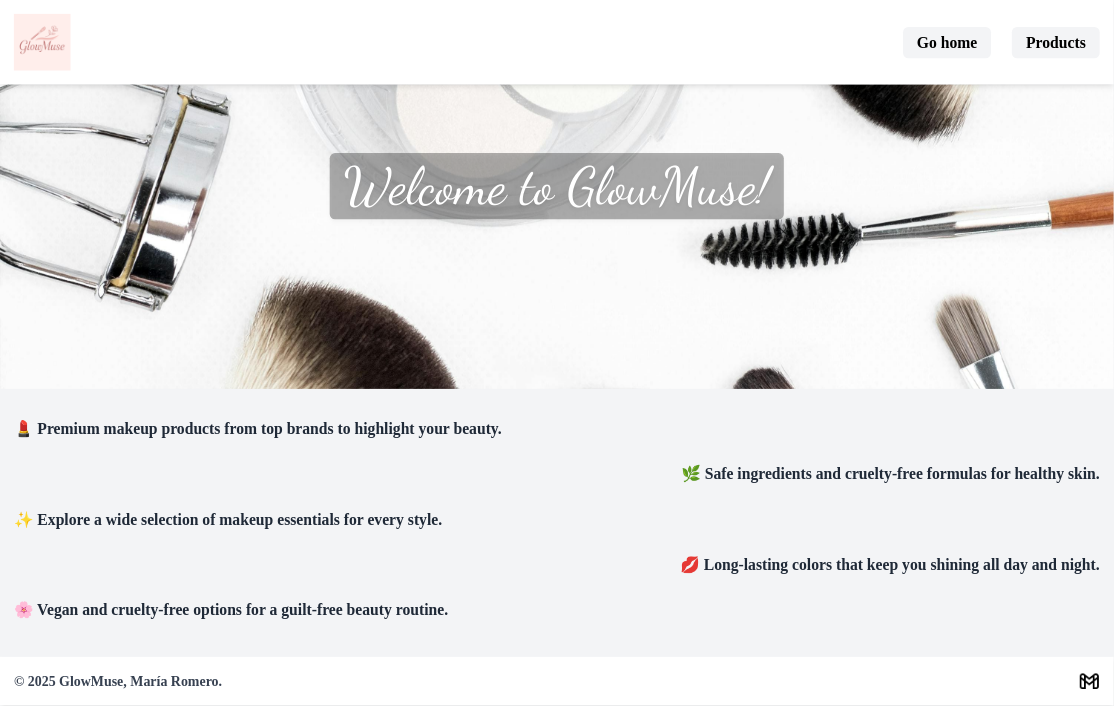
Repository: Maria2996/GlowMuse
Page: index.html
These files come from the project's save history. The page is drawn as it stood at one moment and after the next save; the edit follows.
The browser window is 1280 px wide. The pictures show the whole page, at 87% of full size.
Some web fonts or font styles are not loaded; a fallback is used. Some web libraries are served in a nearby version.

Above is the page before, as saved 2025-05-27 15:34:43.

### index.html
<!DOCTYPE html>
<html lang="en" class="h-full">
<head>
  <meta charset="UTF-8" />
  <meta name="viewport" content="width=device-width, initial-scale=1.0"/>
  <title>GlowMuse</title>
  <link href="https://fonts.googleapis.com/css2?family=Barlow+Condensed:ital,wght@0,100;0,200;0,300;0,400;0,500;0,600;0,700;0,800;0,900;1,100;1,200;1,300;1,400;1,500;1,600;1,700;1,800;1,900&family=Comic+Neue:ital,wght@0,300;0,400;0,700;1,300;1,400;1,700&family=Kapakana:wght@300..400&family=Noto+Sans+KR:wght@100..900&family=Nunito+Sans:ital,opsz,wght@0,6..12,200..1000;1,6..12,200..1000&family=Nunito:ital,wght@0,200..1000;1,200..1000&family=Open+Sans:ital,wght@0,300..800;1,300..800&family=Quicksand:wght@300..700&family=Roboto:ital,wght@0,100..900;1,100..900&display=swap" rel="stylesheet">
  <link href="https://fonts.googleapis.com/css2?family=Barlow+Condensed:ital,wght@0,100;0,200;0,300;0,400;0,500;0,600;0,700;0,800;0,900;1,100;1,200;1,300;1,400;1,500;1,600;1,700;1,800;1,900&family=Comic+Neue:ital,wght@0,300;0,400;0,700;1,300;1,400;1,700&family=Dancing+Script:wght@400..700&family=Kapakana:wght@300..400&family=Noto+Sans+KR:wght@100..900&family=Nunito+Sans:ital,opsz,wght@0,6..12,200..1000;1,6..12,200..1000&family=Nunito:ital,wght@0,200..1000;1,200..1000&family=Open+Sans:ital,wght@0,300..800;1,300..800&family=Quicksand:wght@300..700&family=Roboto:ital,wght@0,100..900;1,100..900&display=swap" rel="stylesheet">
  <script src="https://cdn.tailwindcss.com"></script>
  <script>
    tailwind.config = {
      theme: {
        extend: {
          fontFamily: {
            comic: ['"Comic Neue"', 'cursive'],
          }
        }
      }
    }
  </script>
  <link rel="stylesheet" href="./stylesheet/style.css" />
</head>

<!--Body-->
<body class="font-comic bg-gray-100 flex flex-col min-h-screen">

<!---Header--->
  <header>
<nav class="bg-white shadow-md p-4 max-w-7xl mx-auto flex justify-between items-center sticky top-0 z-50">
  <img src="images/logo.png" alt="Logo" class="h-[65px]" />
  <ul class="flex space-x-6 font-semibold text-lg">
    <li><a href="./index.html" class="bg-gray-100 px-4 py-2 rounded-md hover:bg-white transition-colors duration-300">Go home</a></li>
    <li><a href="./pages/products.html" class="bg-gray-100 px-4 py-2 rounded-md hover:bg-white transition-colors duration-300">Products</a></li>
  </ul>
</nav>

<div class="relative">
<img src="images/home.jpg" alt="home-photo" class="w-full max-h-[350px] object-cover"/>
<h1 class="absolute top-1/3 left-1/2 transform -translate-x-1/2 -translate-y-1/2
           text-white drop-shadow-md bg-black/30 px-4 py-2 rounded-md
           text-5xl sm:text-4xl md:text-5xl lg:text-6xl
           text-center" style="font-family: 'Dancing Script', cursive;">
Welcome to GlowMuse!
</h1>
</div>

<div class="max-w-7xl mx-auto mt-8 space-y-6 px-4">
    <p class="text-left text-lg text-gray-800 font-semibold">💄 Premium makeup products from top brands to highlight your beauty.</p>
    <p class="text-right text-lg text-gray-800 font-semibold">🌿 Safe ingredients and cruelty-free formulas for healthy skin.</p>
    <p class="text-left text-lg text-gray-800 font-semibold">✨ Explore a wide selection of makeup essentials for every style.</p>
    <p class="text-right text-lg text-gray-800 font-semibold">💋 Long-lasting colors that keep you shining all day and night.</p>
    <p class="text-left text-lg text-gray-800 font-semibold">🌸 Vegan and cruelty-free options for a guilt-free beauty routine.</p>

</div>

  </header>

<!---Main content--->
<main class="flex-grow">
  <div id="cont"></div>
  <div class="product-card"></div>
</main>

<footer>
  <nav class="bg-white shadow-md p-4 max-w-7xl mx-auto flex justify-between items-center">
    <p class="text-gray-700 font-semibold">© 2025 GlowMuse, María Romero.</p>
    <ul class="flex space-x-6">
      <li>
        <a href="mailto:mariaromerof996@gmail.com" class="text-gray-700 hover:text-indigo-600" aria-label="Contact via Gmail">
          <img src="images/gmail.png" alt="Gmail-logo" class="h-6 w-6"/>
        </a>
      </li>
    </ul>
  </nav>
</footer>

</body>
</html>

### stylesheet/style.css
#cont {
  display: flex;
  flex-wrap: wrap;
  justify-content: center;
  gap: 20px;
  padding: 20px;
}
.cont-flex {
  display: flex;
  flex-wrap: wrap;
  justify-content: center;
  gap: 20px;
  padding: 20px;
}

.product-card {
  background: #fff;
  border-radius: 8px;
  box-shadow: 0 2px 8px rgba(0,0,0,0.1);
  width: 220px;
  box-sizing: border-box;
  display: flex;
  flex-direction: column;
  align-items: center;
}

.product-img {
  width: 100%;
  height: auto;
  border-radius: 5px;
  margin-bottom: 10px;
}

.product-name {
  font-size: 1.2rem;
  margin: 0 0 8px 0;
  color: #333;
  text-align: center;
}

.product-description {
  font-size: 0.9rem;
  color: #666;
  height: 60px;
  overflow: hidden;
  text-align: center;
}
.flip-card {
  width: 250px;
  height: 350px;
  perspective: 1000px;
}

.flip-card-inner {
  position: relative;
  width: 100%;
  height: 100%;
  transition: transform 0.8s;
  transform-style: preserve-3d;
}

.flip-card-front, .flip-card-back {
  position: absolute;
  width: 100%;
  height: 100%;
  backface-visibility: hidden;
  border-radius: 12px;
  box-shadow: 0 4px 6px rgba(0,0,0,0.1);
  padding: 20px;
  display: flex;
  flex-direction: column;
  justify-content: flex-start;
  align-items: center;
  box-sizing: border-box;
}

.flip-card-front {
  background: white;
  display: flex;
  flex-direction: column;
  align-items: center;
  justify-content: center;
  padding: 20px;
}

.flip-card-back {
  background-color: #f3f4f6;
  transform: rotateY(180deg);
  height: 350px;
  width: 100%;
  padding: 20px;
  box-sizing: border-box;
  text-align: center;
  display: flex;
  flex-direction: column;
  max-height: 310px;
  justify-content: flex-start;
  align-items: flex-start;
}

.text-container {
  overflow-y: auto;
  width: 100%;
}

.flip-card-back p {
  margin: 0;
  font-size: 1rem;
  color: #333;
  line-height: 1.4;
  word-wrap: break-word;
  height:max-content;
}

.flip-card:hover .flip-card-inner {
  transform: rotateY(180deg);
}

.product-name {
  font-size: 15px;
  font-weight: bold;
  color: #333;
  margin: 10px 0;
  text-align: center;
}

After the next save:
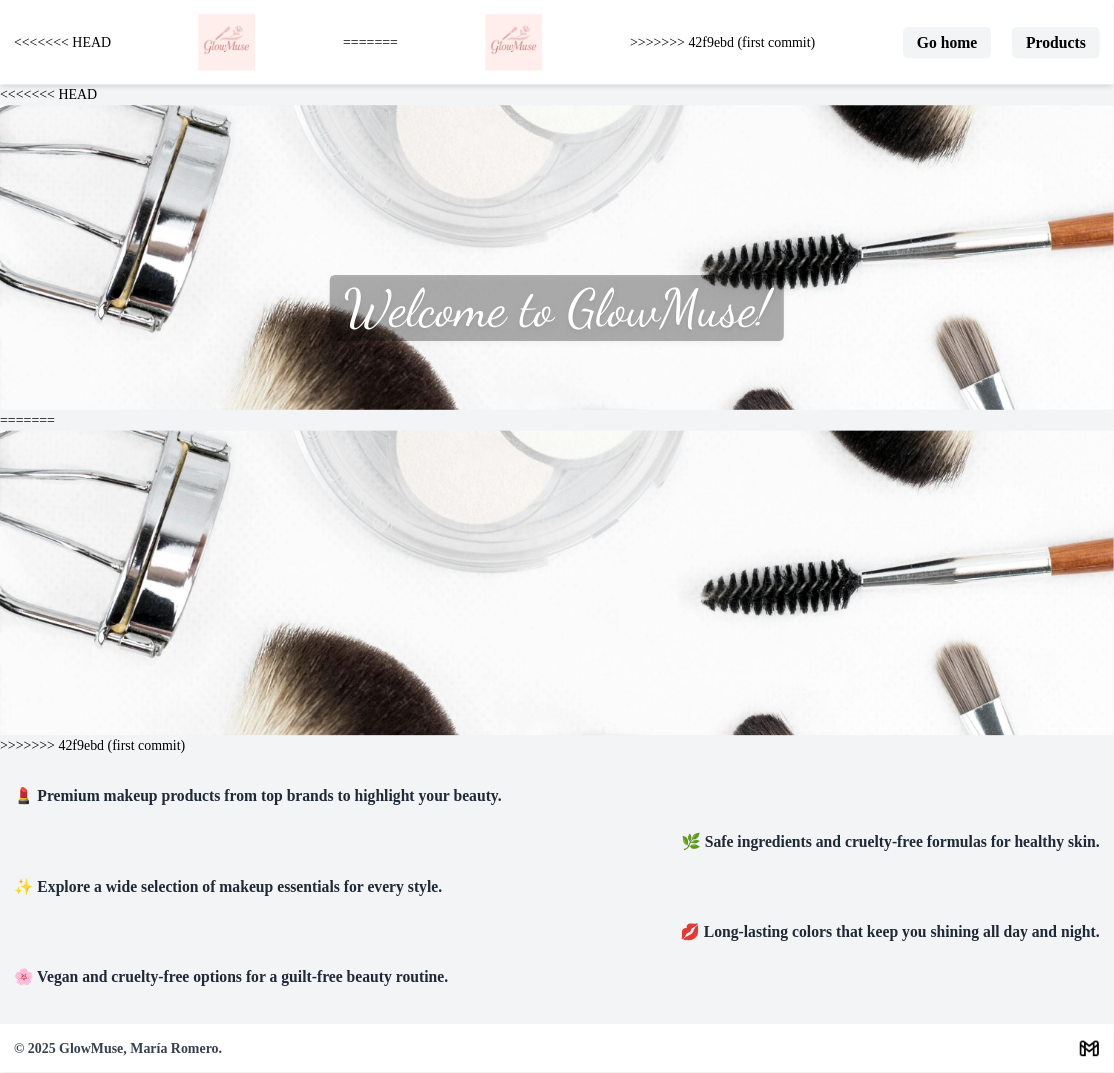
Saved 42 min 19 s later.
--- a/index.html
+++ b/index.html
@@ -27,7 +27,11 @@
 <!---Header--->
   <header>
 <nav class="bg-white shadow-md p-4 max-w-7xl mx-auto flex justify-between items-center sticky top-0 z-50">
+<<<<<<< HEAD
   <img src="images/logo.png" alt="Logo" class="h-[65px]" />
+=======
+  <img src="./images/logo.png" alt="Logo" class="h-[65px]" />
+>>>>>>> 42f9ebd (first commit)
   <ul class="flex space-x-6 font-semibold text-lg">
     <li><a href="./index.html" class="bg-gray-100 px-4 py-2 rounded-md hover:bg-white transition-colors duration-300">Go home</a></li>
     <li><a href="./pages/products.html" class="bg-gray-100 px-4 py-2 rounded-md hover:bg-white transition-colors duration-300">Products</a></li>
@@ -35,7 +39,11 @@
 </nav>
 
 <div class="relative">
+<<<<<<< HEAD
 <img src="images/home.jpg" alt="home-photo" class="w-full max-h-[350px] object-cover"/>
+=======
+<img src="./images/home.jpg" alt="home-photo" class="w-full max-h-[350px] object-cover"/>
+>>>>>>> 42f9ebd (first commit)
 <h1 class="absolute top-1/3 left-1/2 transform -translate-x-1/2 -translate-y-1/2
            text-white drop-shadow-md bg-black/30 px-4 py-2 rounded-md
            text-5xl sm:text-4xl md:text-5xl lg:text-6xl
@@ -67,7 +75,7 @@
     <ul class="flex space-x-6">
       <li>
         <a href="mailto:mariaromerof996@gmail.com" class="text-gray-700 hover:text-indigo-600" aria-label="Contact via Gmail">
-          <img src="images/gmail.png" alt="Gmail-logo" class="h-6 w-6"/>
+          <img src="./images/gmail.png" alt="Gmail-logo" class="h-6 w-6"/>
         </a>
       </li>
     </ul>
